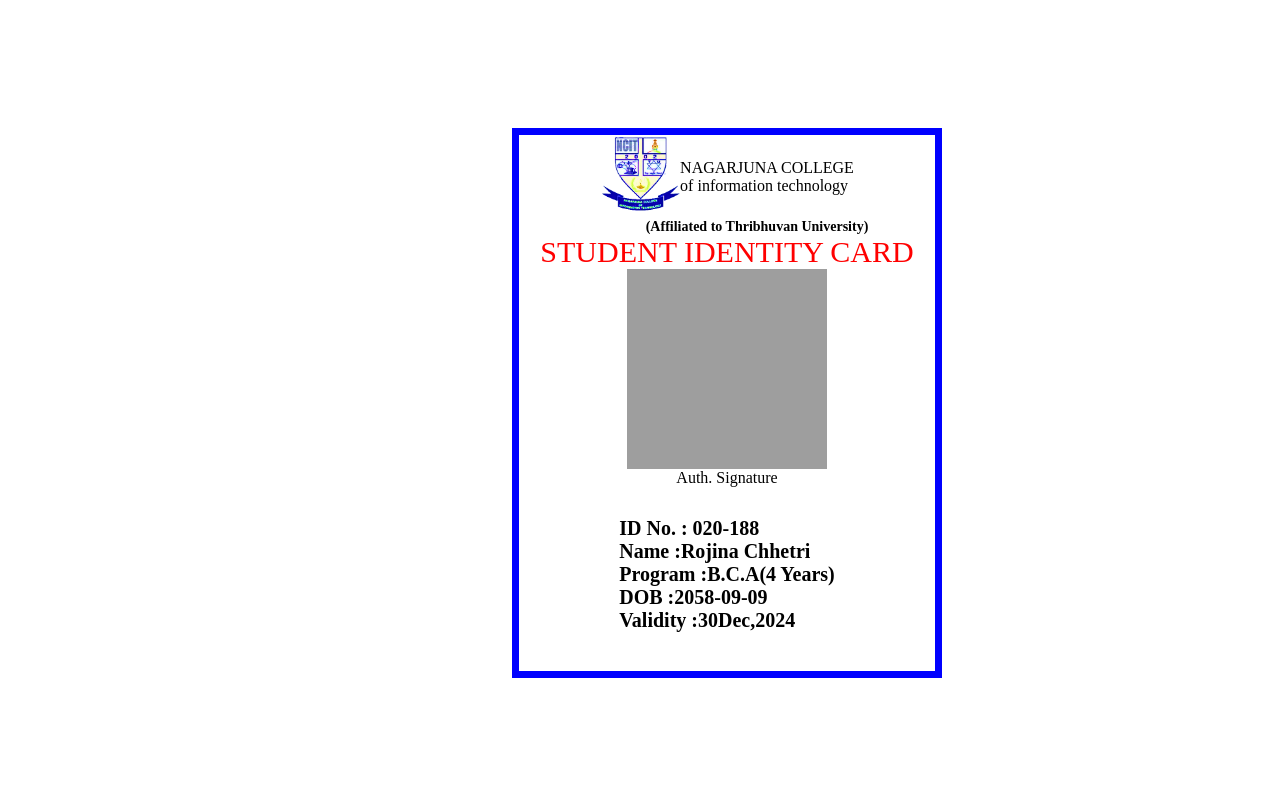
Repository: Rojinachhetri/roji
Page: rojina.html
An editor plug-in stored every save of this project. The page is shown before and after the next save, followed by the edit.
The browser window is 1280 px wide. The pictures show the whole page.
Pictures or frames that could not be fetched are drawn as grey boxes.

Above is the page before, as saved 2023-04-24 22:25:35.

After the next save:
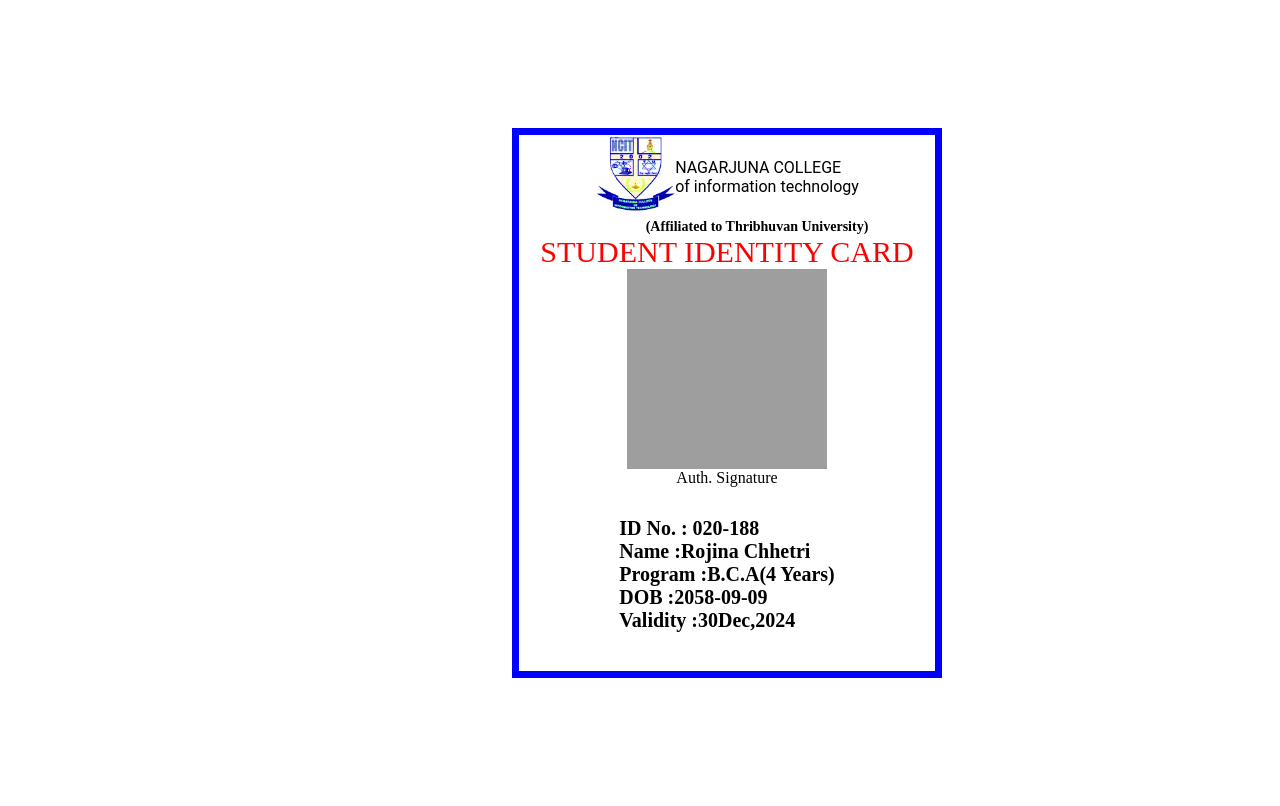
Saved 2 min 49 s later.
--- a/rojina.css
+++ b/rojina.css
@@ -19,6 +19,10 @@
         display: flex;
         flex-direction: row;
         align-items: center;
+    }
+
+    .container_text {
+        font-family: RobotO, sans-serif
     }
 
     .header {
